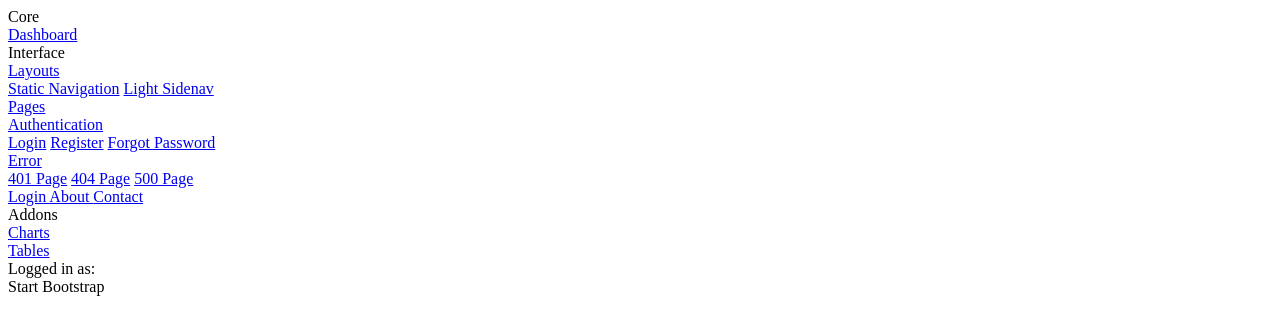
Repository: AHSANS354/MSIB5-Mini-Project
Page: http://localhost/admin/menu.php
These files come from the project's save history. The page is drawn as it stood at one moment and after the next save; the edit follows.
The browser window is 1280 px wide. The pictures show the whole page.
The page is run by PHP 8.4 with error messages shown; the project is at /var/www/html/.

Above is the page before, as saved 2023-10-23 11:35:44.

### admin/menu.php
<div id="layoutSidenav">
            <div id="layoutSidenav_nav">
                <nav class="sb-sidenav accordion sb-sidenav-dark" id="sidenavAccordion">
                    <div class="sb-sidenav-menu">
                        <div class="nav">
                            <div class="sb-sidenav-menu-heading">Core</div>
                            <a class="nav-link" href="index.php?url=dashboard">
                                <div class="sb-nav-link-icon"><i class="fas fa-tachometer-alt"></i></div>
                                Dashboard
                            </a>
                            <div class="sb-sidenav-menu-heading">Interface</div>
                            <a class="nav-link collapsed" href="#" data-bs-toggle="collapse" data-bs-target="#collapseLayouts" aria-expanded="false" aria-controls="collapseLayouts">
                                <div class="sb-nav-link-icon"><i class="fas fa-columns"></i></div>
                                Layouts
                                <div class="sb-sidenav-collapse-arrow"><i class="fas fa-angle-down"></i></div>
                            </a>
                            <div class="collapse" id="collapseLayouts" aria-labelledby="headingOne" data-bs-parent="#sidenavAccordion">
                                <nav class="sb-sidenav-menu-nested nav">
                                    <a class="nav-link" href="layout-static.html">Static Navigation</a>
                                    <a class="nav-link" href="layout-sidenav-light.html">Light Sidenav</a>
                                </nav>
                            </div>
                            <a class="nav-link collapsed" href="#" data-bs-toggle="collapse" data-bs-target="#collapsePages" aria-expanded="false" aria-controls="collapsePages">
                                <div class="sb-nav-link-icon"><i class="fas fa-book-open"></i></div>
                                Pages
                                <div class="sb-sidenav-collapse-arrow"><i class="fas fa-angle-down"></i></div>
                            </a>
                            <div class="collapse" id="collapsePages" aria-labelledby="headingTwo" data-bs-parent="#sidenavAccordion">
                                <nav class="sb-sidenav-menu-nested nav accordion" id="sidenavAccordionPages">
                                    <a class="nav-link collapsed" href="#" data-bs-toggle="collapse" data-bs-target="#pagesCollapseAuth" aria-expanded="false" aria-controls="pagesCollapseAuth">
                                        Authentication
                                        <div class="sb-sidenav-collapse-arrow"><i class="fas fa-angle-down"></i></div>
                                    </a>
                                    <div class="collapse" id="pagesCollapseAuth" aria-labelledby="headingOne" data-bs-parent="#sidenavAccordionPages">
                                        <nav class="sb-sidenav-menu-nested nav">
                                            <a class="nav-link" href="login.html">Login</a>
                                            <a class="nav-link" href="register.html">Register</a>
                                            <a class="nav-link" href="password.html">Forgot Password</a>
                                        </nav>
                                    </div>
                                    <a class="nav-link collapsed" href="#" data-bs-toggle="collapse" data-bs-target="#pagesCollapseError" aria-expanded="false" aria-controls="pagesCollapseError">
                                        Error
                                        <div class="sb-sidenav-collapse-arrow"><i class="fas fa-angle-down"></i></div>
                                    </a>
                                    <div class="collapse" id="pagesCollapseError" aria-labelledby="headingOne" data-bs-parent="#sidenavAccordionPages">
                                        <nav class="sb-sidenav-menu-nested nav">
                                            <a class="nav-link" href="401.html">401 Page</a>
                                            <a class="nav-link" href="404.html">404 Page</a>
                                            <a class="nav-link" href="500.html">500 Page</a>
                                        </nav>
                                    </div>
                                    <a class="nav-link collapsed" href="index.php?url=login">
                                        Login
                                    </a>
                                    <a class="nav-link collapsed" href="index.php?url=about">
                                        About
                                    </a>
                                    <a class="nav-link collapsed" href="index.php?url=contact">
                                        Contact
                                    </a>
                                </nav>
                            </div>
                            <div class="sb-sidenav-menu-heading">Addons</div>
                            <a class="nav-link" href="charts.html">
                                <div class="sb-nav-link-icon"><i class="fas fa-chart-area"></i></div>
                                Charts
                            </a>
                            <a class="nav-link" href="tables.html">
                                <div class="sb-nav-link-icon"><i class="fas fa-table"></i></div>
                                Tables
                            </a>
                        </div>
                    </div>
                    <div class="sb-sidenav-footer">
                        <div class="small">Logged in as:</div>
                        Start Bootstrap
                    </div>
                </nav>
            </div>
            <div id="layoutSidenav_content">
                <main>

After the next save:
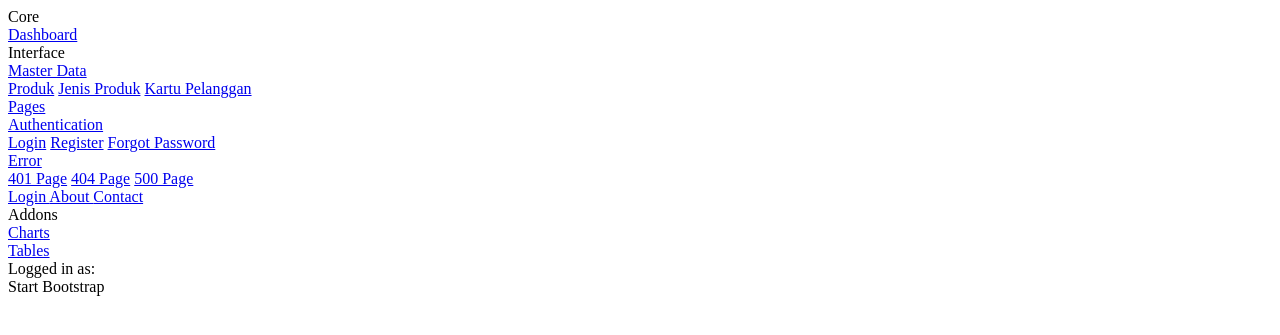
Saved 5 min 24 s later.
--- a/admin/menu.php
+++ b/admin/menu.php
@@ -11,13 +11,14 @@
                             <div class="sb-sidenav-menu-heading">Interface</div>
                             <a class="nav-link collapsed" href="#" data-bs-toggle="collapse" data-bs-target="#collapseLayouts" aria-expanded="false" aria-controls="collapseLayouts">
                                 <div class="sb-nav-link-icon"><i class="fas fa-columns"></i></div>
-                                Layouts
+                                Master Data
                                 <div class="sb-sidenav-collapse-arrow"><i class="fas fa-angle-down"></i></div>
                             </a>
                             <div class="collapse" id="collapseLayouts" aria-labelledby="headingOne" data-bs-parent="#sidenavAccordion">
                                 <nav class="sb-sidenav-menu-nested nav">
-                                    <a class="nav-link" href="layout-static.html">Static Navigation</a>
-                                    <a class="nav-link" href="layout-sidenav-light.html">Light Sidenav</a>
+                                    <a class="nav-link" href="index.php?url=produk">Produk</a>
+                                    <a class="nav-link" href="index.php?url=jenis_produk">Jenis Produk</a>
+                                    <a class="nav-link" href="index.php?url=kartu">Kartu Pelanggan</a>
                                 </nav>
                             </div>
                             <a class="nav-link collapsed" href="#" data-bs-toggle="collapse" data-bs-target="#collapsePages" aria-expanded="false" aria-controls="collapsePages">
